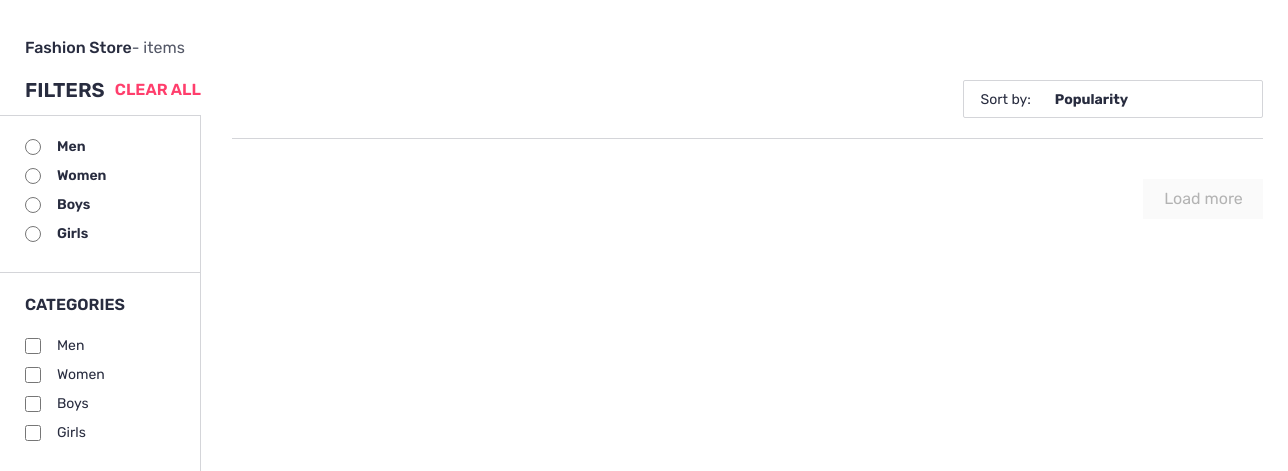
Repository: litaiqiang1407/Khanh-FashionStore
Page: /
The author's editor kept a copy of each file at every save. The page is drawn from the files as they stood at one save, then again after the next save.
The browser window is 1280 px wide. The page is 1288 px wide, so the pictures cover 1288 px, including what lies to the right of the window. The pictures show the part of the page from y = 1080 to 1551 px (the page is 1551 px tall).
The page's requests for data from a server got no answer. The project was rebuilt for these pictures with package versions that can differ from the ones it lists, and the page was loaded fresh each time. No one was signed in, and anything a server would have sent is missing.

Above is the page before, as saved 2024-04-14 10:45:39.

After the next save:
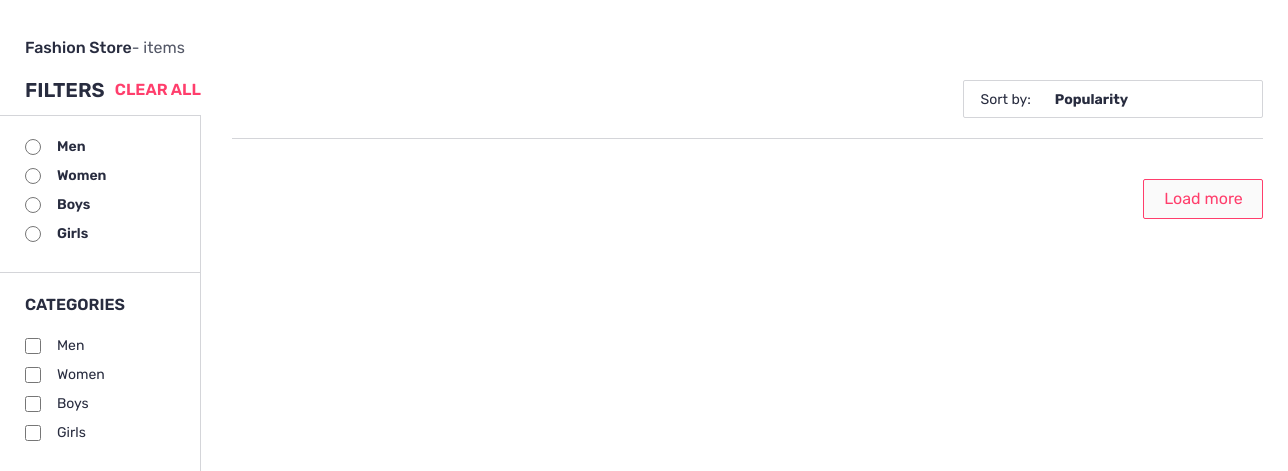
Saved 64 s later.
--- a/src/pages/Home/Products/Products.module.scss
+++ b/src/pages/Home/Products/Products.module.scss
@@ -203,5 +203,9 @@
   .load-more {
     height: 40px;
     width: 120px;
+    border: 1px solid var(--primary-color);
+    border-radius: 2px;
+    color: var(--primary-color);
+    font-size: 1.6rem;
   }
 }
